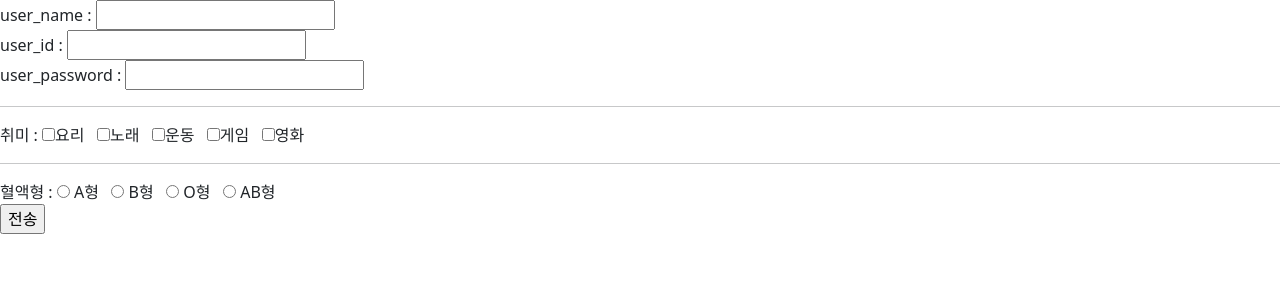
Repository: HeeMang28/jsp
Page: http://localhost/JSPBasic/jspobject/request/req_user_form.jsp
These files come from the project's save history. The page is drawn as it stood at one moment and after the next save; the edit follows.
The browser window is 1280 px wide. The pictures show the whole page.
The page is served by Tomcat 9. Other server files are loaded and not shown.

Above is the page before, as saved 2022-03-25 11:29:46.

### JSPBasic/src/main/webapp/jspobject/request/req_user_form.jsp
<%@ page language="java" contentType="text/html; charset=UTF-8"
    pageEncoding="UTF-8"%>
<!DOCTYPE html>
<html>
<head>
<link href="https://cdn.jsdelivr.net/npm/bootstrap@5.1.3/dist/css/bootstrap.min.css" rel="stylesheet" integrity="sha384-1BmE4kWBq78iYhFldvKuhfTAU6auU8tT94WrHftjDbrCEXSU1oBoqyl2QvZ6jIW3" crossorigin="anonymous">
<meta charset="UTF-8">
<title>Insert title here</title>
</head>
<body>
<%-- 현재 파일인 req_user_form.sjp에 폼 태그를 만들어보겠습니다.
	목적지는 req_user.jsp 파일입니다. post방식으로 데이터를 전달합니다.
	먼저 이름, 아이디, 비밀번호를 입력해 보낼 수 있는 input태그를 만들어 주세요.
	각 태그의 name 속성은 uname, uid, upw 입니다.
	데이터를 받아주는 req_user.jsp에서 한글이 깨지지 않도록 받아서 화면에 출력해주세요.
 --%>
 	<form action="http://localhost:8181/JSPBasic/jspobject/request/req_user.jsp" method="post"/>
 	user_name : <input type="text" name="uname" /><br/>
 	user_id : <input type="text" name="uid" /><br/>
 	user_password : <input type="password" name="upw" /><br/>
 	<hr/>

 	취미 :
 	<%-- input 태그 내부에 value 값을 이용해 선택되었을때 전달된 데이터를 정할 수 있습니다. --%>
 	<input type="checkbox" name="hobby" value="요리">요리 &nbsp;
 	<input type="checkbox" name="hobby" value="노래">노래 &nbsp;
 	<input type="checkbox" name="hobby" value="운동">운동 &nbsp;
 	<input type="checkbox" name="hobby" value="게임">게임 &nbsp;
 	<input type="checkbox" name="hobby" value="영화">영화 &nbsp;
 	<hr/>
 	혈액형 :
 	<input type="radio" name="blood" value="A"> A형 &nbsp;
 	<input type="radio" name="blood" value="B"> B형 &nbsp;
 	<input type="radio" name="blood" value="O"> O형 &nbsp;
 	<input type="radio" name="blood" value="AB"> AB형 &nbsp;
 	<br/>

 	<input type="submit" value="전송">
 	</form>
</body>
</html>

After the next save:
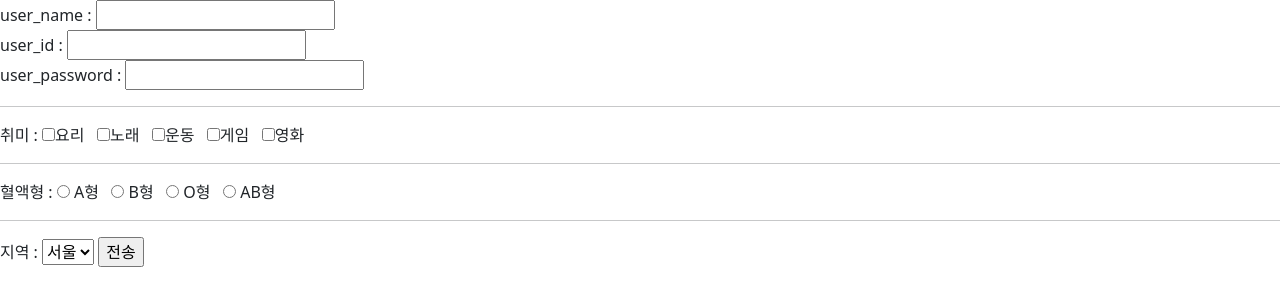
Saved 3 s later.
--- a/JSPBasic/src/main/webapp/jspobject/request/req_user_form.jsp
+++ b/JSPBasic/src/main/webapp/jspobject/request/req_user_form.jsp
@@ -33,8 +33,17 @@
  	<input type="radio" name="blood" value="B"> B형 &nbsp;
  	<input type="radio" name="blood" value="O"> O형 &nbsp;
  	<input type="radio" name="blood" value="AB"> AB형 &nbsp;
- 	<br/>
-
+ 	<hr/>
+ 	지역 :
+ 	<select name="region">
+ 		<option value="서울">서울</option>
+ 		<option value="경기">경기</option>
+ 		<option value="강원">강원</option>
+ 		<option value="충청">충청</option>
+ 		<option value="전라">전라</option>
+ 		<option value="경상">경상</option>
+ 		<option value="제주">제주</option>
+ 	</select>
  	<input type="submit" value="전송">
  	</form>
 </body>
